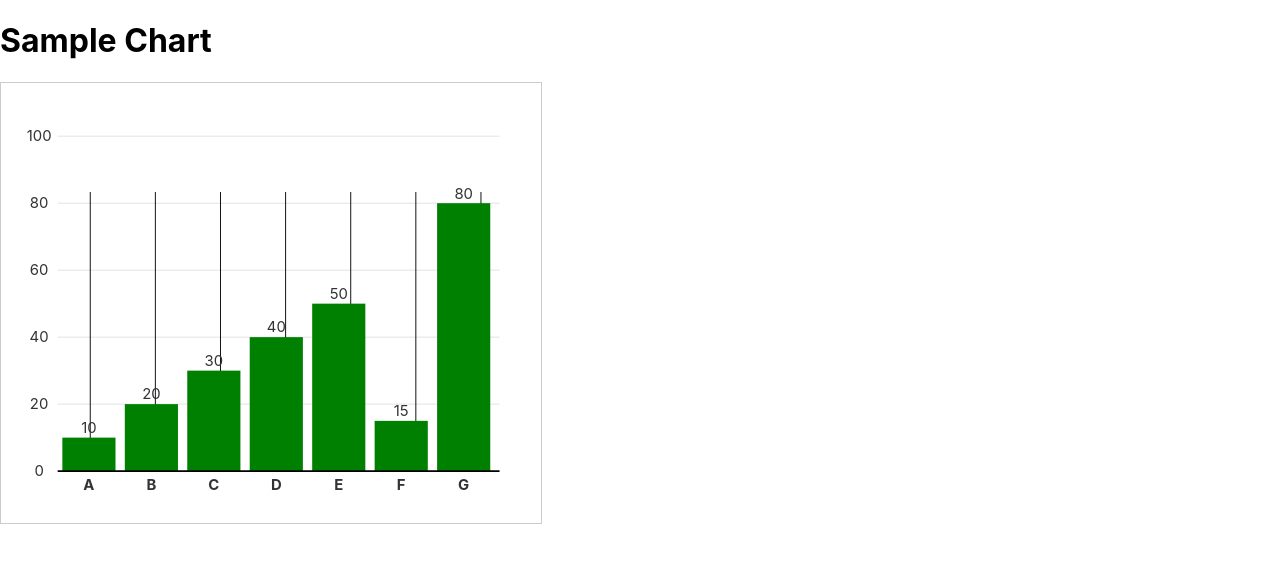
Repository: CaptainJang316/GChart
Page: /
These files come from the project's save history. The page is drawn as it stood at one moment and after the next save; the edit follows.
The browser window is 1280 px wide. The pictures show the whole page.
The project was rebuilt for these pictures with package versions that can differ from the ones it lists, and the page was loaded fresh each time. Also part of the build but not shown: src/App.css.

Above is the page before, as saved 2024-11-09 17:20:18.

### src/App.tsx
/* eslint-disable */
import React from 'react';
import './App.css';
import BarChart from './components/Chart/BarChart';
import { Option } from './Model/Option';

function App() {
  const sampleOption: Option = {
    type: 'bar',
    data: [
      { label: 'A', value: 10 },
      { label: 'B', value: 20 },
      { label: 'C', value: 30 },
      { label: 'D', value: 40 },
      { label: 'E', value: 50 },
      { label: 'F', value: 15 },
      { label: 'G', value: 80 },
    ],
    layout: {
      width: 500,
      height: 400,
      axisCnt: 5
    },
    style: {
      color: "green"
    },
    tooltip: true,
    label:  {
      show: true,
      position: 'mid'
    }
  };

  return (
    <div>
      <h1>Sample Chart</h1>
      {/* 차트의 border 없애고, X,Y 축에 대한 컴포넌트들로 더 큰 바운더리 구현해야 함. */}
      {/* => ㄴㄴ. 그냥 단일 SVG로 구현하는 게 훨씬 좋음. */}

      <div className="chart-wrapper">
        <BarChart {...sampleOption}/>
      </div>
    </div>
  );
}

export default App;

### src/components/Chart/BarChart.tsx
/* eslint-disable */
import React from 'react';
import { useAxis } from '../Axis/useAxis';
import { useGrid } from '../Grid/useGrid';
import { Option } from '../../Model/Option';

// interface ChartProps {
//     data: { label: string, value: number }[];
//     width?: number;
//     height?: number;
//     color?: string;
//     axisCnt?: number;
// };

const BarChart: React.FC<Option> = ({
    data,
    title,
    layout: {
        width = 400,
        height = 300,
        axisCnt = 8,
    },
    style: {
        color = '#4A90E2',
    },
    tooltip = true
}) => {
    const values = data.map(item => item.value);
    const {xAxis, yAxis, scales} = useAxis({data: values, width: width, height: height, axisCnt: axisCnt});
    const {gridLines} = useGrid({data: values, scales, width, height, horizontalLineCnt: axisCnt});

    const maxValue = Math.max(...data.map(d => d.value));
    const barWidth = (width - 30) / data.length;
    // const yTicks = 10;
    // const tickValues = Array.from({ length: yTicks }, (_, i) => (maxValue / yTicks) * i);

    return (
        // svg 요소 안에, 차트를 그린다.
        <div style={{ display: 'inline-block', width: `${width}px`, height: `${height}px`}}>
            <svg width='100%' height='100%' viewBox={`0 0 ${width} ${height + 30}`} style={{ border: '1px solid #ccc', padding: '1rem 1.5rem 1.5rem 1rem'}}>
                {
                    title?
                    <g className='title-layer'>
                        <h3>{title.text}</h3>
                        {title.subTitle? <h5>{title.subTitle}</h5> : ''}
                    </g> : ''
                }
                <g className='grid-layer'>
                    {gridLines.horizontal.map((el: { id: React.Key | null | undefined; x1: number ; y1: number ; x2: number ; y2: number; }, index: number) => (
                        <line
                            key={el.id}
                            x1={el.x1}
                            y1={el.y1}
                            x2={el.x2}
                            y2={el.y2}
                            stroke="#e0e0e0"
                            // strokeDasharray="4 4"
                            strokeWidth={1}
                        />
                    ))}
                    {gridLines.vertical.map((el: { id: React.Key | null | undefined; x1: number ; y1: number ; x2: number ; y2: number; }, index: number) => (
                        <line
                            key={el.id}
                            x1={el.x1 + 20}
                            y1={height}
                            x2={el.x2 + 20}
                            y2={100}
                            stroke="black"
                            // strokeDasharray="4 4"
                            strokeWidth={1}
                        />
                    ))}
                </g>

                <g className='axis-layer'>
                    {yAxis.ticks.map((tick) => (
                        <text
                            x={5}
                            y={tick.position}
                            textAnchor="middle"
                            // fontSize="10"
                            fill="#333"
                        >
                        {tick.value}
                        </text>
                    ))}
                </g>

                <g className='chart-layer' style={{ marginLeft: '1rem' }}>
                    {data.map((d, i) => {
                        const barHeight = height - scales.yScale(d.value);
                        return (
                            // g는 svg 요소 내에 사용되는 것.
                            // svg에서 그룹을 만드는 역할을 한다.
                            // trangform은 그룹의 위치를 변환하는 데 사용됨.
                            // translate(${i * barWidth}, ${height - barHeight}) <- x축, y축 이동 정도 지정

                            <g key={i} transform={`translate(${i * barWidth}, ${height - barHeight})`}>
                                <rect
                                    width={barWidth - 10}
                                    height={barHeight}
                                    fill={color}
                                    x={30}
                                    y={0}
                                />
                                <text
                                    x={barWidth / 2 + 25}
                                    y={-5}
                                    textAnchor="middle"
                                    // fontSize="10"
                                    fill="#333"
                                >
                                    {d.value}
                                </text>
                            </g>
                        );
                    })}
                </g>

                <g className='bottom-layer'>
                    <line
                        x1={25}
                        y1={height}
                        x2={width}
                        y2={height}
                        stroke="black"
                        // strokeDasharray="4 4"
                        strokeWidth={2}
                    />
                </g>
                <g className='label-layer'>
                    {data.map((d, i) => {
                        let currX = barWidth * i;
                        return (
                            <text
                            x={currX + barWidth / 2 + 25}
                            y={height + 20}
                            textAnchor="middle"
                            // fontSize="12"
                            fontWeight="bold"
                            fill="#333"
                        >
                            {d.label}
                        </text>
                        );
                    })}
                </g>
            </svg>
        </div>
    );
};

export default BarChart;

### src/components/Axis/useAxis.ts
/* eslint-disable */
import { useMemo } from 'react';
import { scaleLinear } from 'd3-scale';

interface AxisProps {
    data: number[];
    width: number;
    height: number;
    axisCnt?: number;
    horizontalPadding?: number; // 좌우 패딩
    topPadding?: number; // 위쪽 패딩
}

export const useAxis = ({
    data,
    width,
    height,
    axisCnt = 6,
    horizontalPadding = 40,
    topPadding = 40
}: AxisProps) => {
    const scales = useMemo(() => {
        // X축 스케일 설정
        const xScale = scaleLinear()
            .domain([0, data.length - 1])
            .range([horizontalPadding, width - horizontalPadding]);

        // Y축 스케일 설정
        const maxValue = Math.max(...data);
        const yMaxValue = getAppropriateMaxValue(maxValue);

        const yScale = scaleLinear()
            .domain([0, yMaxValue])
            // 위쪽 패딩만 적용하고 아래쪽은 height 값 그대로 사용
            .range([height, topPadding]); // -1을 해서 baseline에 정확히 맞춤

        return { xScale, yScale };
    }, [data, width, height, horizontalPadding, topPadding]);

    const xAxis = useMemo(() => {
        return {
            ticks: data.map((_, index) => ({
                value: index,
                position: scales.xScale(index)
            }))
        };
    }, [scales.xScale, data]);

    const yAxis = useMemo(() => {
        const ticks = scales.yScale.ticks(axisCnt);
        return {
            ticks: ticks.map(tick => ({
                value: tick,
                position: scales.yScale(tick) + 5
            }))
        };
    }, [scales.yScale, axisCnt]);

    return { xAxis, yAxis, scales };
};

// 적절한 최대값을 계산하는 헬퍼 함수
function getAppropriateMaxValue(maxValue: number): number {
    const magnitude = Math.pow(10, Math.floor(Math.log10(maxValue)));
    const normalized = maxValue / magnitude;

    if (normalized <= 1) return magnitude;
    if (normalized <= 2) return 2 * magnitude;
    if (normalized <= 5) return 5 * magnitude;
    return 10 * magnitude;
}

### src/components/Grid/useGrid.ts
/* eslint-disable */
import { useMemo } from 'react';

interface GridProps {
    data: number[],
    scales: {
        xScale: any;
        yScale: any;
    },
    width: number,
    height: number
    horizontalLineCnt: number;
}

export const useGrid = ({data, scales, width, height, horizontalLineCnt}: GridProps) => {
    const gridLines = useMemo(() => {
        const vertical = scales.xScale.ticks(data.length - 1).map((tick: number) => ({
            id: `x-${tick}`,
            x1: scales.xScale(tick),
            y1: 0,
            x2: scales.xScale(tick),
            y2: height,
        }));

        const horizontal = scales.yScale.ticks(horizontalLineCnt).map((tick: number) => ({
            id: `y-${tick}`,
            x1: 25,
            y1: scales.yScale(tick),
            x2: width,
            y2: scales.yScale(tick)
        }));

        return {vertical, horizontal};
    }, [scales, width, height]);

    return { gridLines };
}

Loaded but not shown: public/index.html (common file); src/index.tsx (common file); src/index.css (common file); src/reportWebVitals.ts (common file)

After the next save:
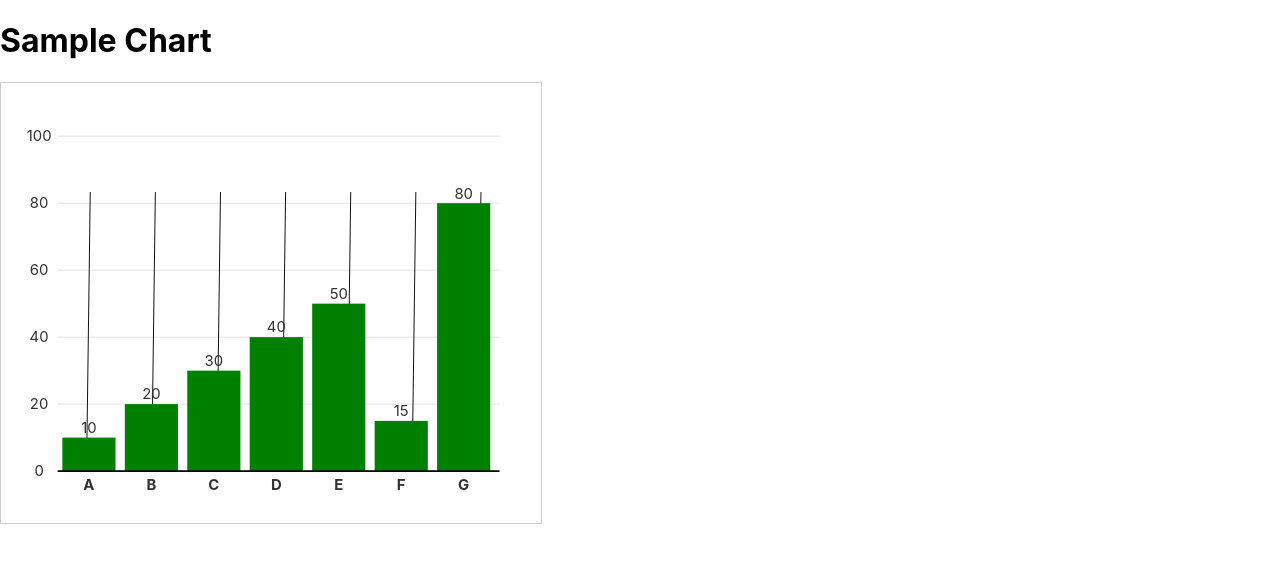
Saved 9 s later.
--- a/src/components/Chart/BarChart.tsx
+++ b/src/components/Chart/BarChart.tsx
@@ -61,7 +61,7 @@
                     {gridLines.vertical.map((el: { id: React.Key | null | undefined; x1: number ; y1: number ; x2: number ; y2: number; }, index: number) => (
                         <line
                             key={el.id}
-                            x1={el.x1 + 20}
+                            x1={el.x1 + 16}
                             y1={height}
                             x2={el.x2 + 20}
                             y2={100}

After the save that followed:
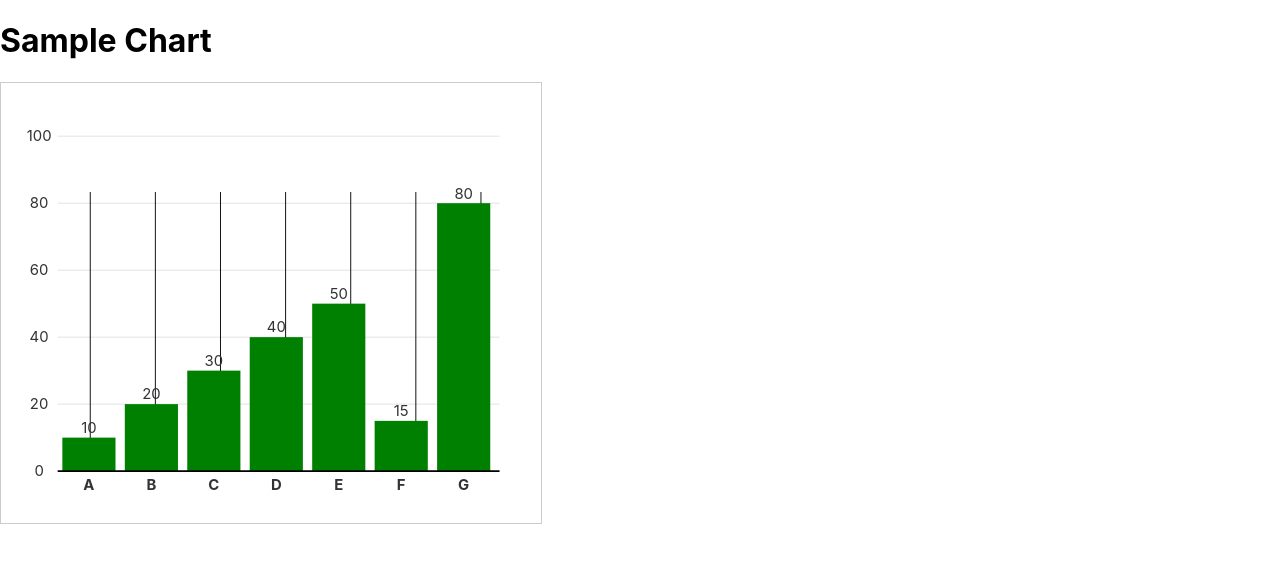
Saved 4 s later.
--- a/src/components/Chart/BarChart.tsx
+++ b/src/components/Chart/BarChart.tsx
@@ -61,7 +61,7 @@
                     {gridLines.vertical.map((el: { id: React.Key | null | undefined; x1: number ; y1: number ; x2: number ; y2: number; }, index: number) => (
                         <line
                             key={el.id}
-                            x1={el.x1 + 16}
+                            x1={el.x1 + 20}
                             y1={height}
                             x2={el.x2 + 20}
                             y2={100}
